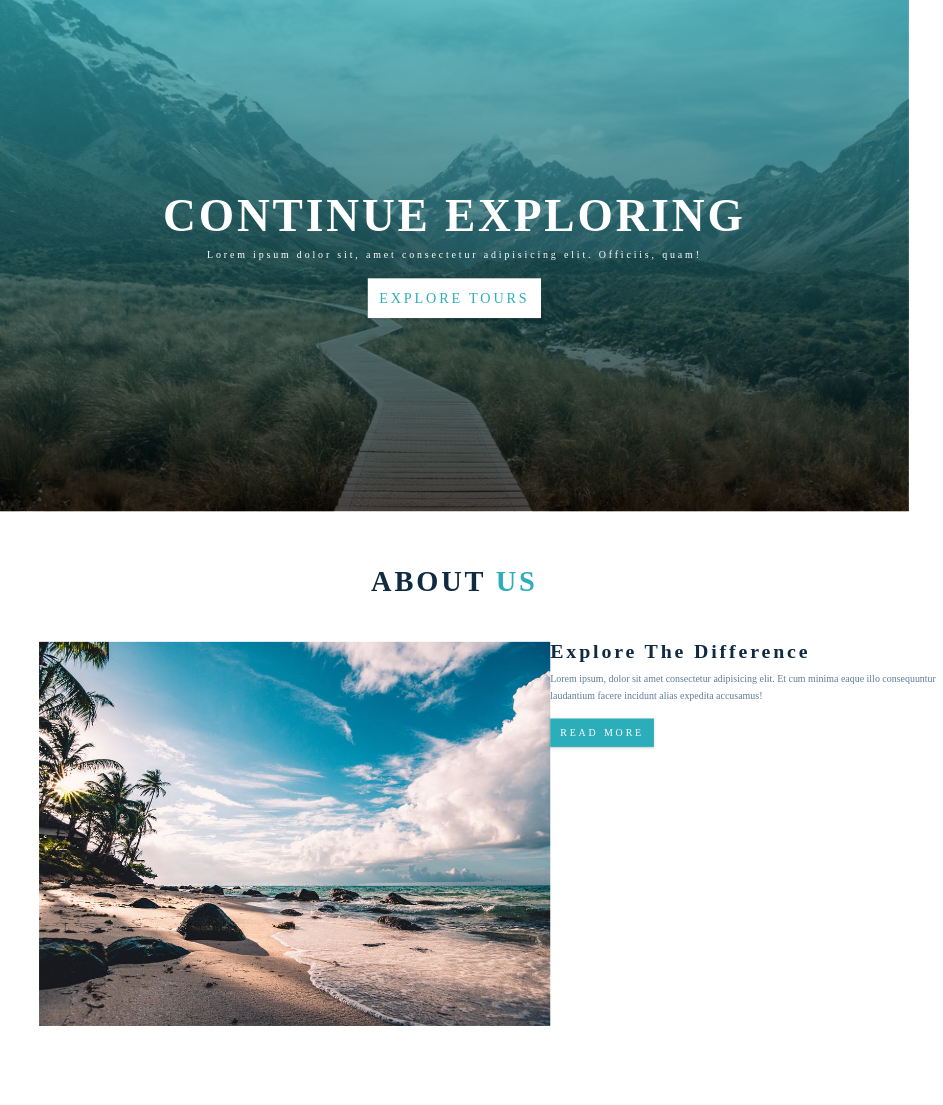
Repository: Ndifoinhilary/flexbox-project
Page: index.html
The author's editor kept a copy of each file at every save. The page is drawn from the files as they stood at one save, then again after the next save.
The browser window is 1280 px wide. The page is 1328 px wide, then 1280 px, then 1328 px, so the pictures cover 1328 px, including what lies to the right of the window. The pictures show the whole page, at 71% of full size.

Above is the page before, as saved 2024-01-18 15:15:37.

After the next save:
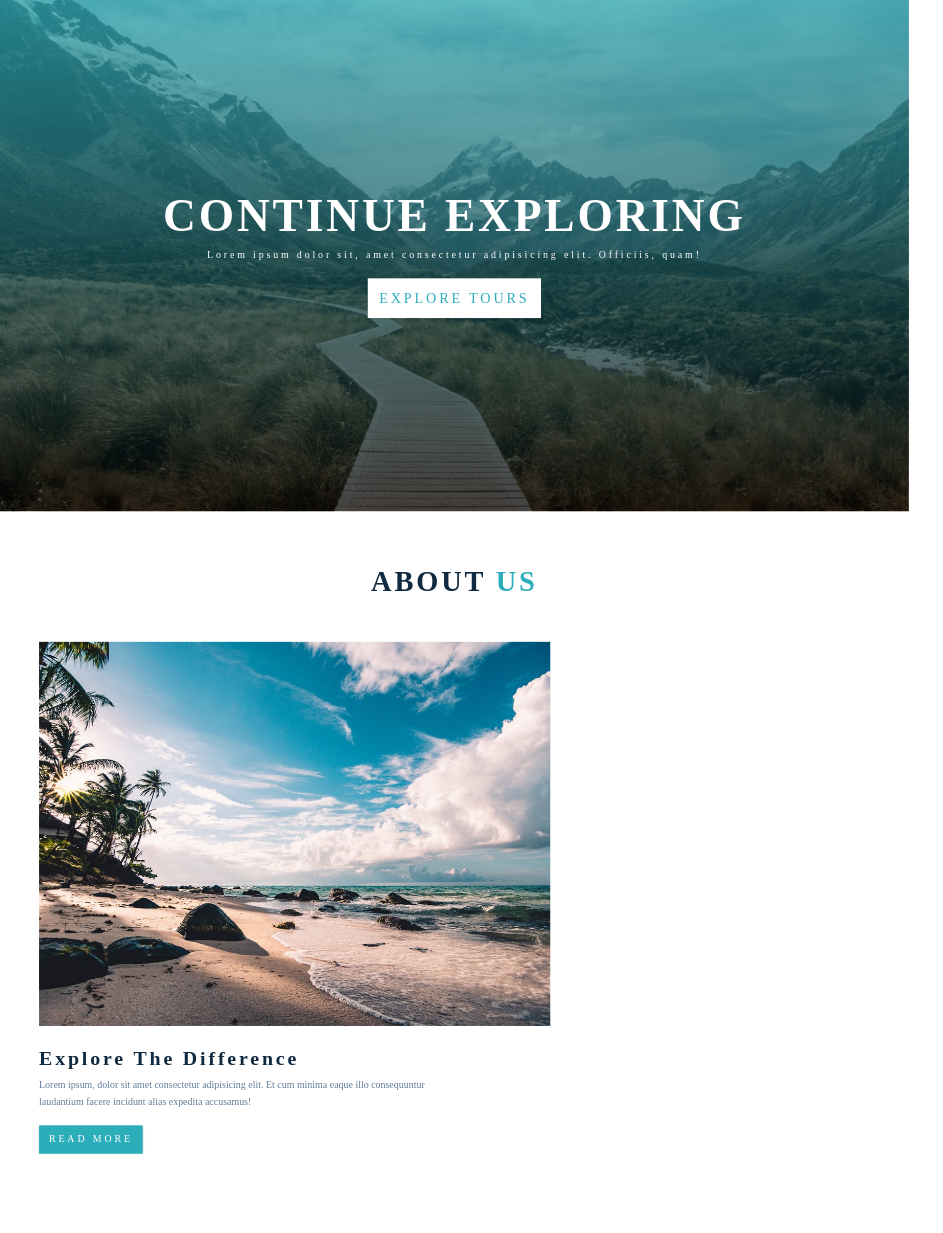
Saved 79 s later.
--- a/css/main.css
+++ b/css/main.css
@@ -232,6 +232,8 @@
 @media screen and (min-width:992px) {
   .about-center{
     display: flex;
+    justify-content: space-between;
+    flex-wrap: wrap;
   }
   .about-img, .about-info{
     flex: 0 0 calc(50% - 2rem);

After the save that followed:
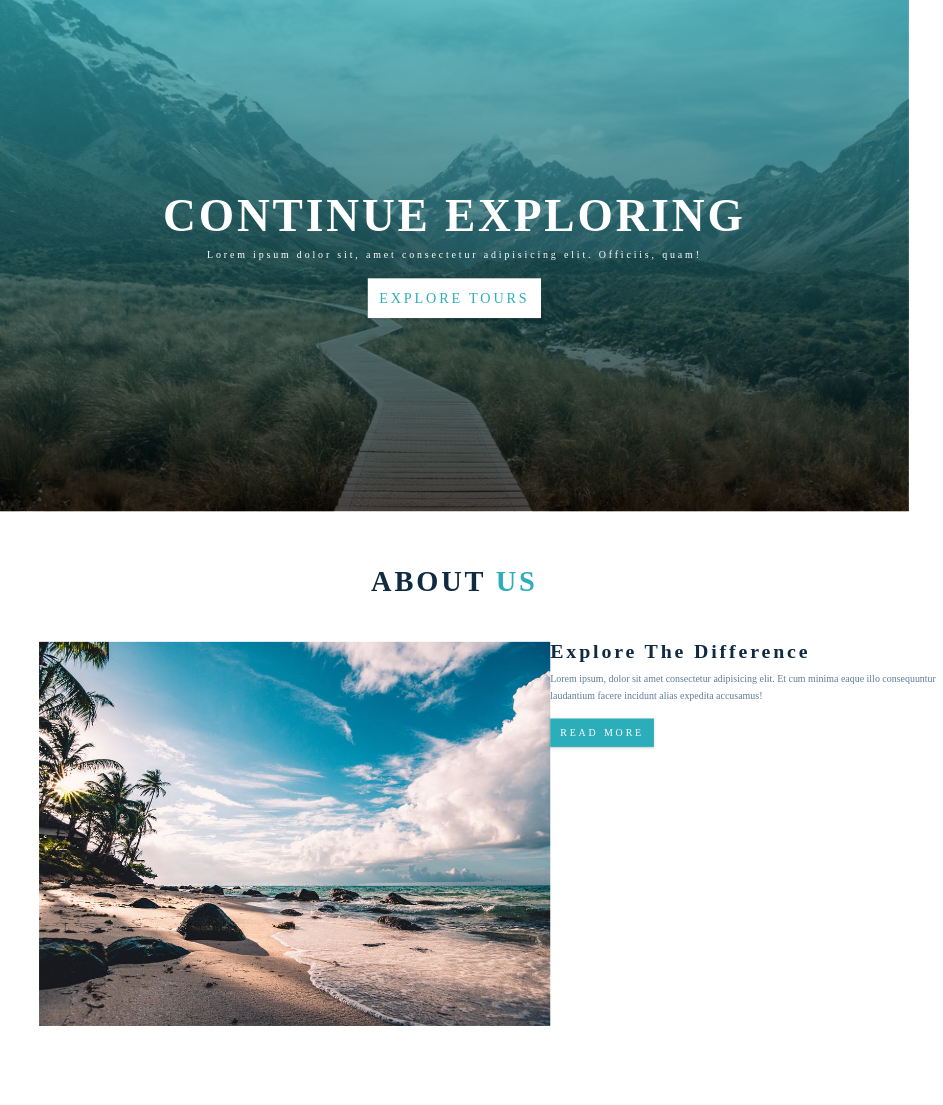
Saved 60 s later.
--- a/css/main.css
+++ b/css/main.css
@@ -233,7 +233,7 @@
   .about-center{
     display: flex;
     justify-content: space-between;
-    flex-wrap: wrap;
+
   }
   .about-img, .about-info{
     flex: 0 0 calc(50% - 2rem);
